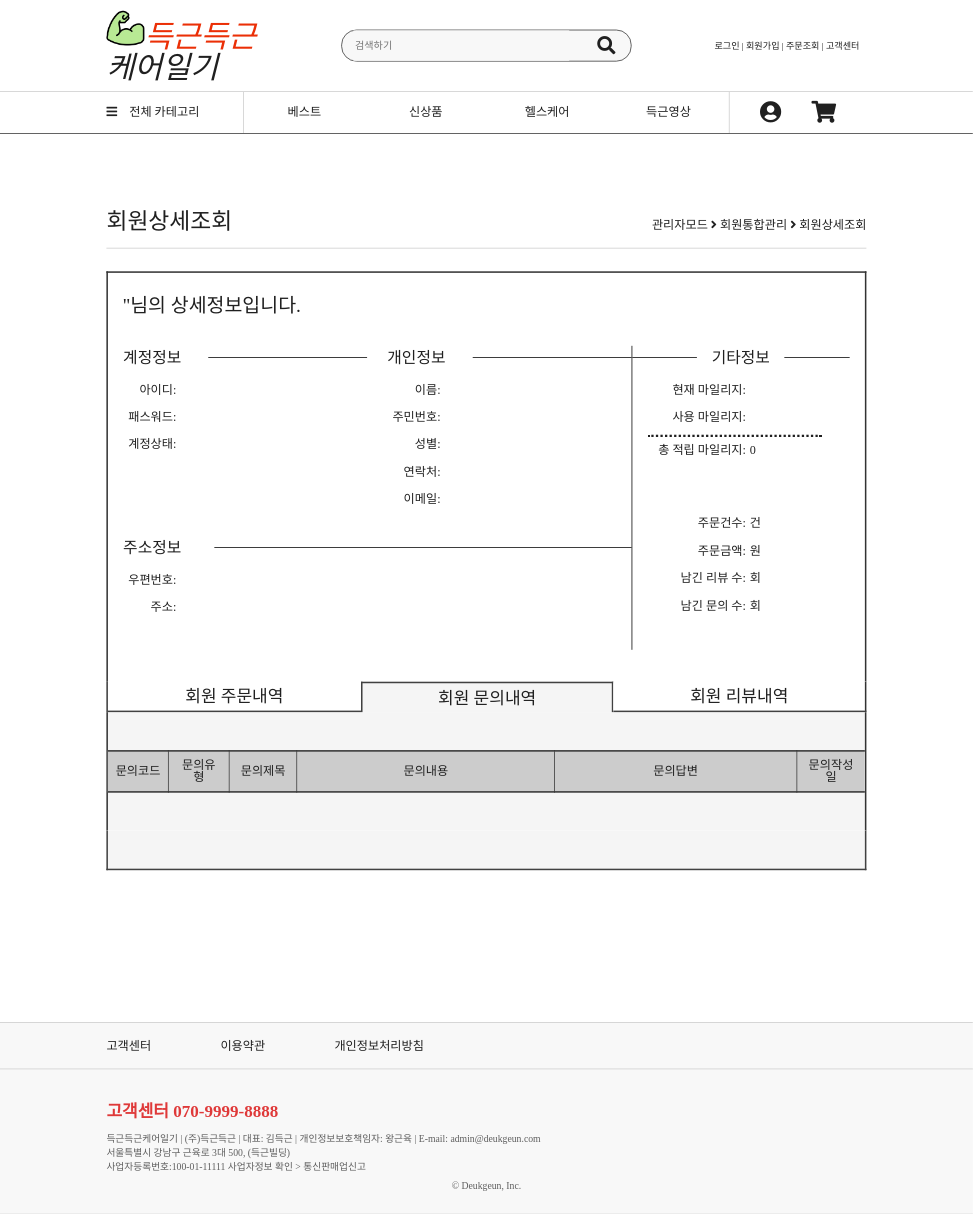
Repository: KYJKY/project_GainMuscle_MVC
Page: http://localhost/Team3/WEB-INF/views/admin/membermanagement/memberQADetail.jsp
The author's editor kept a copy of each file at every save. The page is drawn from the files as they stood at one save, then again after the next save.
The browser window is 1280 px wide. The pictures show the whole page, at 76% of full size.
Some web fonts or font styles are not loaded; a fallback is used. Some web libraries are served in a nearby version. The page is served by Tomcat 9. Nobody is signed in. Other server files are loaded and not shown. The template is opened directly, without the code that normally fills it, so the values that code supplies are empty.

Above is the page before, as saved 2022-02-12 22:35:59.

### Team3/src/main/webapp/WEB-INF/views/admin/membermanagement/memberQADetail.jsp
<%@ page language="java" contentType="text/html; charset=UTF-8"
    pageEncoding="UTF-8"%>
<%@taglib prefix="c" uri="http://java.sun.com/jsp/jstl/core"%>
<%@ taglib prefix="fmt" uri="http://java.sun.com/jsp/jstl/fmt" %>
<!DOCTYPE html>
<html>
<head>
<meta charset="UTF-8">
<%@ include file="/WEB-INF/views/inc/asset.jsp" %>
<link rel="stylesheet"
	href="/team3/asset/css/admin/memberQADetail.css">
<style>
	    #content{
            width: 100%;
            /* border: 1px solid black; */
            /* box-sizing: border-box; */
        }
        #container{
            width: 1000px;
            margin: 0 auto;
            margin-top: 30px;
            margin-bottom: 200px;
            /* border: 1px solid black; */
            /* box-sizing: border-box; */
        }
</style>
</head>
<body>
	<%@include file="/WEB-INF/views/inc/header.jsp" %>
	<!-- location -->
    <div id="inc-location">
        <div>회원상세조회</div>
        <div>
            관리자모드
            <i class="fas fa-angle-right"></i>
            회원통합관리
            <i class="fas fa-angle-right"></i>
            회원상세조회
        </div>
    </div>

    <!-- content  -->
    <div id="content">
        <div id="container">

				<!-- 회원정보 -->
                <div id="user-info">
                        <div id="title">'${mainDto.name}'님의 상세정보입니다. </div>
                        <div>
                            <div id="left">
                                <div id="row1">
                                    <div>
                                        <div class="subtitle">계정정보<div class="line"></div></div>
                                        <div class="account-info">
                                            <div>아이디:</div>
                                            <div>${mainDto.id}</div>
                                        </div>
                                        <div class="account-info">
                                            <div>패스워드:</div>
                                            <div>${mainDto.password}</div>
                                        </div>
                                        <div class="account-info">
                                            <div>계정상태:</div>
                                            <div>${mainDto.accountstatus}</div>
                                    </div>
                                    <div class="account-info">
                                        <!--
                                        <div>가입일:</div>
                                        <div>2018-06-24</div>
                                         -->
                                    </div>
                                </div>
                                <div>
                                    <div class="subtitle">개인정보<div class="line"></div></div>
                                    <div class="account-info">
                                        <div>이름:</div>
                                        <div>${mainDto.name}</div>
                                    </div>
                                    <div class="account-info">
                                        <div>주민번호:</div>
                                        <div>${mainDto.jumin}</div>
                                    </div>
                                    <div class="account-info">
                                        <div>성별:</div>
                                        <div>${mainDto.gender}</div>
                                    </div>
                                    <div class="account-info">
                                        <div>연락처:</div>
                                        <div>${mainDto.tel}</div>
                                    </div>
                                    <div class="account-info">
                                        <div>이메일:</div>
                                        <div>${mainDto.email}</div>
                                    </div>
                                </div>
                            </div>
                            <div id="row2">
                                <div>
                                    <div class="subtitle">주소정보<div class="line"></div></div>
                                </div>
                                <div class="account-info">
                                    <div>우편번호:</div>
                                    <div>${mainDto.postalcode}</div>
                                </div><div class="account-info">
                                    <div>주소:</div>
                                    <div>${mainDto.address}</div>
                                </div><div class="account-info">
                                    <!--
                                    <div>상세주소:</div>
                                    <div>OO아파트 5층 502호</div>
                                     -->
                                </div>
                            </div>
                        </div>
                        <div id="right">
                            <div class="subtitle"><div class="line"></div>기타정보<div class="line"></div></div>
                            <div class="account-info">
                                <div>현재 마일리지:</div>
                                <div><fmt:formatNumber value="${mainDto.mileage }" pattern="#,###" /></div>
                            </div>
                            <div class="account-info">
                                <div>사용 마일리지:</div>
                                <div><fmt:formatNumber value="${mainDto.totalMileage }" pattern="#,###" /></div>
                            </div>
                            <div class="line"></div>
                            <div class="account-info">
                                <div>총 적립 마일리지:</div>
                                <div><fmt:formatNumber value="${mainDto.totalMileage+mainDto.mileage}" pattern="#,###" /></div>
                            </div>
                            <div class="account-info">
                                <div>주문건수:</div>
                                <div><fmt:formatNumber value="${mainDto.totalOrder }" pattern="#,###" />건</div>
                            </div>
                            <div class="account-info">
                                <div>주문금액:</div>
                                <div><fmt:formatNumber value="${mainDto.totalPaid }" pattern="#,###" />원</div>
                            </div>
                            <div class="account-info">
                                <div>남긴 리뷰 수:</div>
                                <div>${mainDto.totalReview}회</div>
                            </div>
                            <div class="account-info">
                                <div>남긴 문의 수:</div>
                                <div>${mainDto.totalQA}회</div>
                            </div>
                        </div>
                    </div>
                </div>
                <!-- 내역 -->
                <div id="user-recode">
                    <div id="recode-menu">
                        <div class="not-menu" onclick="location.href='/team3/admin/membermanagement/memberOrderDetail.do?memberseq=${memberseq}';">회원 주문내역</div>
                        <div id="now-menu" onclick="location.href='/team3/admin/membermanagement/memberQADetail.do?memberseq=${memberseq}';">회원 문의내역</div>
                        <div class="not-menu" onclick="location.href='/team3/admin/membermanagement/memberReviewDetail.do?memberseq=${memberseq}';">회원 리뷰내역</div>
                    </div>
                    <div>
                        <table id="table">
                            <thead>
                                <tr>
                                    <th>문의코드</th>
                                    <th>문의유형</th>
                                    <th>문의제목</th>
                                    <th>문의내용</th>
                                    <th>문의답변</th>
                                    <th>문의작성일</th>
                                </tr>
                            </thead>
                            <tbody>
                            	<c:forEach items="${subDto}" var="dto">
                                <tr>
                                    <td>${dto.qaseq}</td>
                                    <td>${dto.qacategory}</td>
                                    <td>${dto.qasubject}</td>
                                    <td>${dto.qacontent}</td>
                                    <td>${dto.qaanswer}</td>
                                    <td>${dto.qadate}</td>
                                </tr>
                                </c:forEach>
                            </tbody>
                        </table>
                    </div>


                    <!-- 페이징 -->
                    <div id="paging"></div>
                </div>

	    </div>
    </div>

    <!-- footer -->
    <%@include file="/WEB-INF/views/inc/footer.jsp" %>
</body>
</html>

### Team3/src/main/webapp/WEB-INF/views/inc/asset.jsp
<%@ page language="java" contentType="text/html; charset=UTF-8" pageEncoding="UTF-8"%>

<title>SHOP | 득근득근케어일기</title>
<link rel="stylesheet" href="/team3/asset/css/reset.css">
<link rel="stylesheet" href="/team3/asset/css/header.css">
<link rel="stylesheet" href="/team3/asset/css/footer.css">
<link rel="stylesheet" href="/team3/asset/css/font.css">
<link rel="stylesheet" href="https://use.fontawesome.com/releases/v5.14.0/css/all.css" integrity="sha384-HzLeBuhoNPvSl5KYnjx0BT+WB0QEEqLprO+NBkkk5gbc67FTaL7XIGa2w1L0Xbgc" crossorigin="anonymous">

<script src="/team3/asset/js/jquery-1.12.4.js"></script>

### Team3/src/main/webapp/WEB-INF/views/inc/header.jsp
<%@ page language="java" contentType="text/html; charset=UTF-8"
    pageEncoding="UTF-8"%>
<%@taglib prefix="c" uri="http://java.sun.com/jsp/jstl/core" %>


    <!-- header -->
    <div id="inc-header">
        <div class="header">
            <form action="">
                <header>
                    <div id="logo"><a href="#"><img src="/team3/asset/images/logo1.png" alt="로고"><span id="first">득근득근</span><br>케어일기</a></div>
                    <div id="search"><input type="text" placeholder="검색하기"><a href="#!"><i class="fas fa-search" style="font-size:1.5rem; margin-left: 2.3rem;"></i></a></div>
                    <div id="menu">
                        <a href="#!">로그인 </a>&nbsp;|&nbsp;
                        <a href="#!">회원가입 </a>&nbsp;|&nbsp;
                        <a href="#!">주문조회 </a>&nbsp;|&nbsp;
                        <a href="#!">고객센터</a>
                    </div>
                </header>
            </form>
        </div>
        <div class="line_ccc"></div>
        <div class="nav">
            <nav>
                <div class="side">
                    <a href="#!"><i class="fas fa-bars" style="margin-right: 1rem;"></i>전체 카테고리</a>
                    <ul id="drop-category">
                        <li onclick="location.href='';">닭가슴살</li>
                        <li onclick="location.href='';">도시락</li>
                        <li onclick="location.href='';">야채류</li>
                        <li onclick="location.href='';">단백질보충제</li>
                        <li onclick="location.href='';">기타영양제</li>
                        <li onclick="location.href='';">영양별 상품조회</li>
                        <li onclick="location.href='';">개인별 상품조회</li>
                    </ul>
                </div>
                <div class="main-nav"><a href="#!">베스트</a></div>
                <div class="main-nav"><a href="#!">신상품</a></div>
                <div class="main-nav"><a href="#!">헬스케어</a></div>
                <div class="main-nav"><a href="#!">득근영상</a></div>
                <div class="side">
                    <div><a href="#!"><i class="fas fa-user-circle"></i></a></div>
                    <div><a href="#!"><i class="fas fa-shopping-cart"></i></a></div>
                </div>
            </nav>
        </div>
        <div class="line_black"></div>
    </div>

### Team3/src/main/webapp/WEB-INF/views/inc/footer.jsp
<%@ page language="java" contentType="text/html; charset=UTF-8"
    pageEncoding="UTF-8"%>


    <!-- footer -->
    <div id="inc-footer">
        <footer>
            <div id="footer-top">
                <ul>
                    <li><a href="#!">고객센터</a></li>
                    <li><a href="#!">이용약관</a></li>
                    <li><a href="#!">개인정보처리방침</a></li>
                </ul>
            </div>
            <div class="line_ccc"></div>
            <div id="footer-bottom">
                <div>고객센터 070-9999-8888</div>
                <div>득근득근케어일기 | (주)득근득근 | 대표: 김득근 | 개인정보보호책임자: 왕근육 | E-mail: admin@deukgeun.com</div>
                <div>서울특별시 강남구 근육로 3대 500, (득근빌딩)</div>
                <div>사업자등록번호:100-01-11111 사업자정보 확인 > 통신판매업신고 </div>
                <div>&copy; Deukgeun, Inc.</div>
            </div>
        </footer>
    </div>

### Team3/src/main/webapp/asset/css/reset.css
/* http://meyerweb.com/eric/tools/css/reset/
   v2.0 | 20110126
   License: none (public domain)
*/
html, body, div, span, applet, object, iframe,
h1, h2, h3, h4, h5, h6, p, blockquote, pre,
a, abbr, acronym, address, big, cite, code,
del, dfn, em, img, ins, kbd, q, s, samp,
small, strike, strong, sub, sup, tt, var,
b, u, i, center,
dl, dt, dd, ol, ul, li,
fieldset, form, label, legend,
table, caption, tbody, tfoot, thead, tr, th, td,
article, aside, canvas, details, embed,
figure, figcaption, footer, header, hgroup,
menu, nav, output, ruby, section, summary,
time, mark, audio, video {
	margin: 0;
	padding: 0;
	border: 0;
	font-size: 100%;
	font: inherit;
	/* vertical-align: baseline; */
    color: rgb(32, 32, 32);
    text-decoration: none;
}
/* HTML5 display-role reset for older browsers */
article, aside, details, figcaption, figure,
footer, header, hgroup, menu, nav, section {
	display: block;
}
body {
	line-height: 1;
}
ol, ul {
	list-style: none;
}
blockquote, q {
	quotes: none;
}
blockquote:before, blockquote:after,
q:before, q:after {
	content: '';
	content: none;
}

### Team3/src/main/webapp/asset/css/header.css
/* 기본설정 */
html{
    font-size: 16px;
    font-family: 'InfinitySans-RegularA1';
    /* scroll-behavior:smooth; */
}

#inc-header .header, #inc-header .nav{
    width: 100%;
    max-width: 1000px;
    height: 120px;
    margin: 0 auto;
}
#inc-header .nav{height: 54px;}

#inc-header header{
    width: 1000px;
    height: 120px;
    display: flex;
    justify-content: space-between;
    align-items: center;
}
#inc-header header > *{
    display: flex;
    align-items: center;
}

#inc-header #logo{
    width: 20%;
    text-align: left;

    font-size: 2.5rem;
    font-family: '116watermelon';
    font-style: italic;
    /* text-shadow: 0px 0px 2px rgb(58, 58, 58); */
}
#inc-header #logo img{
    width: 25%;
    margin: 0;
    color: green;
}
#inc-header #logo #first{
    color: #eb2f06;
}

#inc-header #search{
    width: 35%;
    height: 40px;
    padding: 0 15px 0 15px ;
    border: 1px solid #333;
    border-radius: 20px;
    background-color: #f8f8f8;
}
#inc-header #search input{
    width: 80%;
    height: 38px;
    border:0;
    background-color: #f8f8f8;
    margin-left: 0;
    /* height: 40px;
    padding: 0 15px 0 15px ;
    border: 1px solid #333;
    border-radius: 20px;
    background-color: #f8f8f8; */
}
#inc-header #search input:focus {outline:none;}

#inc-header #menu{
    width: 20%;
    height: 50px;
    text-align: center;
    font-size: 0.75rem;
}
#inc-header .line_ccc{
    width: 100%;
    border-top: 1px solid #ccc;
}
#inc-header .line_black{width: 100%; border-top: 1px solid #333;}
#inc-header nav{
    width: 1000px;
    height: 54px;

    text-align: center;
    line-height: 54px;
    display: flex;

}
#inc-header nav > .side{
    width: 18%;
}
#inc-header nav > .main-nav{
    width: 16%;

}
#inc-header nav > div:first-child{
    border-right: 1px solid #ccc;
    text-align: left;
}
#inc-header nav > div:last-child{
    display: flex;
    justify-content: space-evenly;
    border-left: 1px solid #ccc;
    font-size: 1.8rem;
}


/* 드롭다운 카테고리 메뉴 */
#inc-header #drop-category{
    display:none;
    z-index: 10000;
    position: relative;
    width: 180px;
    padding: 0;
    background-color: rgba(0, 0, 0, 0.8);
}
#inc-header #drop-category li{
    text-align: center;
    text-decoration: none;
    color: rgb(250, 250, 250);
    list-style: none;
    font-size: 1rem;
    cursor: pointer;
}
#inc-header #drop-category li:first-child{
    padding-top: 15px;
}
#inc-header #drop-category li:last-child{
    padding-bottom: 15px;
}
#inc-header nav > div:first-child:hover #drop-category{
    display: block;
}


/* location */
#inc-location{
    width: 1000px;
    height: 30px;
    margin: 0 auto;
    padding-top: 100px;
    padding-bottom: 20px;
    border-bottom: 1px solid #ccc;
    display: flex;
    justify-content: space-between;
    align-items: baseline;
}
#inc-location div:first-child{
    font-size: 1.875rem;
}
#inc-location div:last-child{
    font-size: 1rem;
}

### Team3/src/main/webapp/asset/css/footer.css
#inc-footer {
  width: 100%;
  background-color: #f8f8f8;
}

#inc-footer footer {
  width: 100%;
  border-top: 1px solid #ccc;
  border-bottom: 1px solid #ccc;
}

#inc-footer #footer-top {
  margin: 0 auto;
  width: 1000px;
  height: 60px;
}
#inc-footer #footer-top ul {
  display: flex;
  justify-content: flex-start;
  align-items: center;
}
#inc-footer #footer-top ul li {
  width: 15%;
  height: 60px;
  line-height: 60px;
  font-size: 1rem;
}

#inc-footer .line_ccc {
  border-bottom: 1px solid #ccc;
  margin-bottom: 30px;
}
#inc-footer #footer-bottom {
  margin: 0 auto;
  width: 1000px;
  height: 160px;
}
#inc-footer #footer-bottom div {
  color: rgb(94, 94, 94);
  padding: 3px 0;
  font-size: 0.8rem;
}
#inc-footer #footer-bottom div:first-child {
  font-size: 1.4rem;
  padding: 15px 0;
  color: #df3939;
  font-weight: bold;
}
#inc-footer #footer-bottom div:last-child {
  text-align: center;
  margin-top: 5px;
  font-size: 0.8rem;
}

### Team3/src/main/webapp/asset/css/font.css
@font-face {
    font-family: '116watermelon';
    src: url('https://cdn.jsdelivr.net/gh/projectnoonnu/noonfonts_six@1.0/116watermelon.woff') format('woff');
    font-weight: normal;
    font-style: normal;
}
@font-face {
    font-family: 'InfinitySans-RegularA1';
    src: url('https://cdn.jsdelivr.net/gh/projectnoonnu/noonfonts_20-04@2.1/InfinitySans-RegularA1.woff') format('woff');
    font-weight: normal;
    font-style: normal;
}

### Team3/src/main/webapp/asset/css/admin/memberQADetail.css
table thead th{
    vertical-align: middle;
}
table tbody tr td{
    line-height: 1.4rem;
}
table {
    width: 100%;
    border: 2px solid #333333;
    text-align: center;
    border-collapse: collapse;
    background-color: whitesmoke;
    border-right: 0;
    border-left: 0;
}
td,th {
    padding: 10px;
    border: 1px solid #333333;
}
td:first-child, td:last-child,th:first-child, th:last-child {
    padding: 10px;
    border: 1px solid #333333;
    border-right: 0;
    border-left: 0;
}
th{background-color: #ccc;}


#user-info{
    width: 100%;
    height: 540px;


    padding-top: 30px;
    padding-bottom: 50px;
    border: 2px solid #333333;
    border-bottom: 0;
    box-sizing: border-box;
}
#title{
    font-size: 1.6rem;
    margin-bottom: 20px;
    margin-left: 20px;
}
#user-info > div:last-child{
    display: flex;
    padding: 20px;
}
#left{width: 70%; height: 400px;}
#right{width: 30%; height: 400px; border-left: 1px solid black;}
.subtitle{
    height: 30px;
    line-height: 30px;
    display: flex;
    justify-content: space-between;
    font-size: 1.3rem;
    margin-bottom: 20px;
}
.line{
    width: 65%;
    height: 15px;
    border-bottom: 1px solid black;
}

#row1{
    display: flex;
    justify-content: space-between;
}
#row1 > div{
    width: 48%;
    height: 250px;
}
.account-info{
    display: flex;
    margin-bottom: 20px;
}
.account-info > div:first-child{
    width: 70px;
    text-align: right;
    margin-right: 5px;
}
#row2 > div:first-child > div{
    width: 100%;
    height: 30px;
    line-height: 30px;
}
#row2 > div:first-child > div > div{
    width: 82%;
}

#right > .account-info:nth-child(3){
    margin-bottom: 0;
}
#right > div > .line{
    width: 30%;
}
#right > .line{
    width: 80%;
    margin-left: 20px;
    margin-bottom: 10px;
    border-bottom: dotted;
}
#right > .account-info:nth-child(5){
    margin-bottom: 80px;
}
#right .account-info div:first-child{
    width: 120px;
    margin-left: 30px;
}


/* 두번쨰 단 */
#user-recode{
    width: 100%;
    /* height: 500px; */
    /* background-color: wheat; */
}
#user-recode > div:first-child{
    border-left: 2px solid #333333;
}
#user-recode > div:nth-child(2){
    padding: 50px 0;
    border-right: 2px solid #333333;
    border-left: 2px solid #333333;
    background-color: whitesmoke;
}
#recode-menu > div:nth-child(3){
    border-right: 2px solid #333333;
    box-sizing: border-box;

}
#recode-menu{
    border-bottom: 0;
    display: flex;
}
#recode-menu div{
    width: 33.4%;
    height: 40px;
    font-size: 1.4rem;
    line-height: 40px;
    text-align: center;

}
.not-menu{
    border-bottom: 2px solid rgb(65, 65, 65);
    box-sizing: border-box;
    background-color: white;
}
#now-menu{
    border-top: 2px solid rgb(65, 65, 65);
    border-right: 2px solid rgb(65, 65, 65);
    border-left: 2px solid rgb(65, 65, 65);
    box-sizing: border-box;
    background-color: whitesmoke;
}
#paging{
    text-align: center;
    padding-bottom: 50px;
    border: 2px solid rgb(65, 65, 65);
    border-top:0;
    background-color: whitesmoke;
}
#recode-menu > div{
    cursor: pointer;
}

table thead tr th:nth-child(1){
    width: 8%;
}
table thead tr th:nth-child(2){
    width: 8%;
}
table thead tr th:nth-child(3){
    width: 9%;
}
table thead tr th:nth-child(4){
    width: 34%;
}
table thead tr th:nth-child(5){
    width: 32%;
}
table thead tr th:nth-child(6){
    width: 9%;
}

Loaded but not shown: Team3/src/main/webapp/asset/js/jquery-1.12.4.js (library)

After the next save:
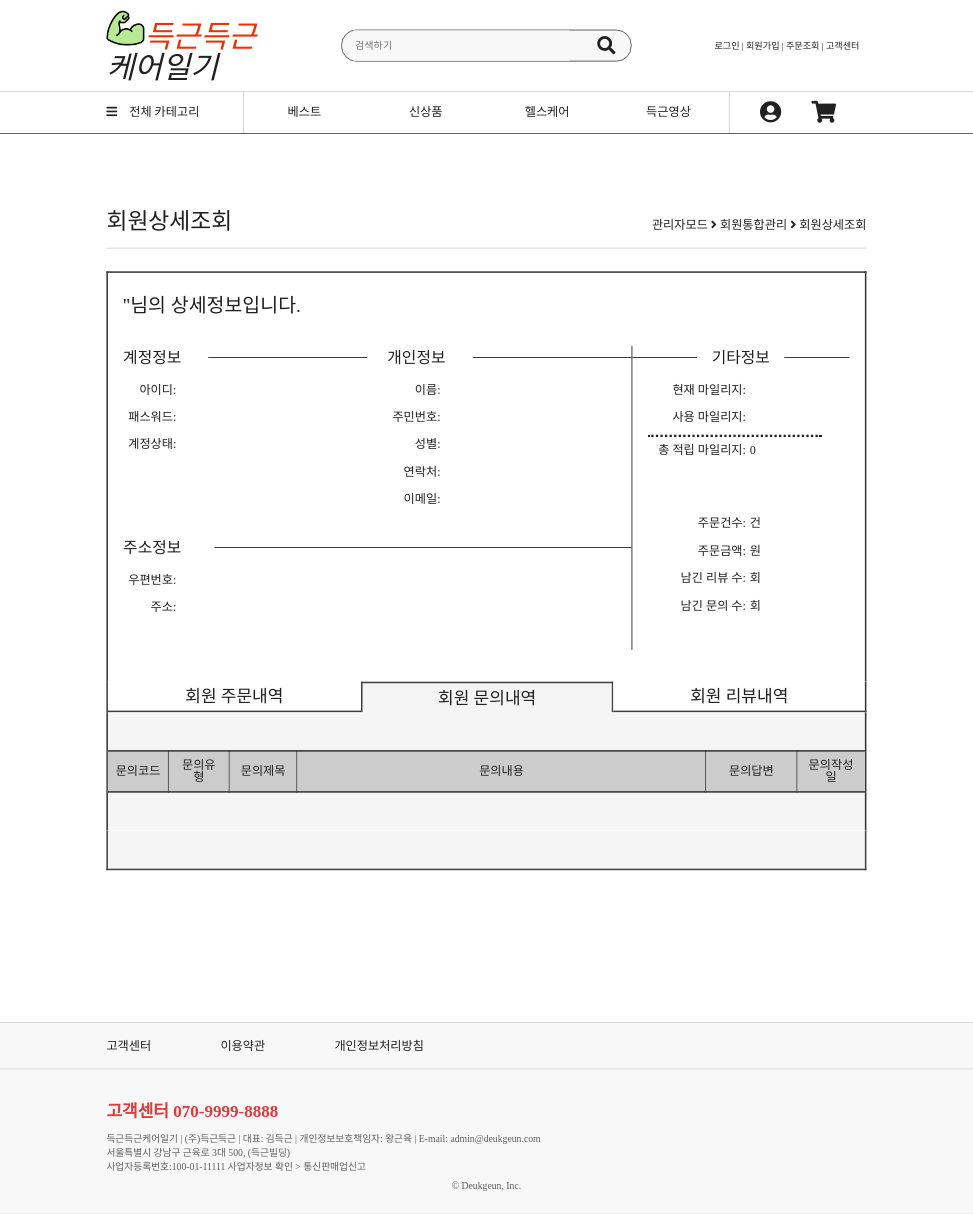
Saved 12 s later.
--- a/Team3/src/main/webapp/asset/css/admin/memberQADetail.css
+++ b/Team3/src/main/webapp/asset/css/admin/memberQADetail.css
@@ -174,10 +174,10 @@ table thead tr th:nth-child(3){
     width: 9%;
 }
 table thead tr th:nth-child(4){
-    width: 34%;
+    width: 54%;
 }
 table thead tr th:nth-child(5){
-    width: 32%;
+    width: 12%;
 }
 table thead tr th:nth-child(6){
     width: 9%;
